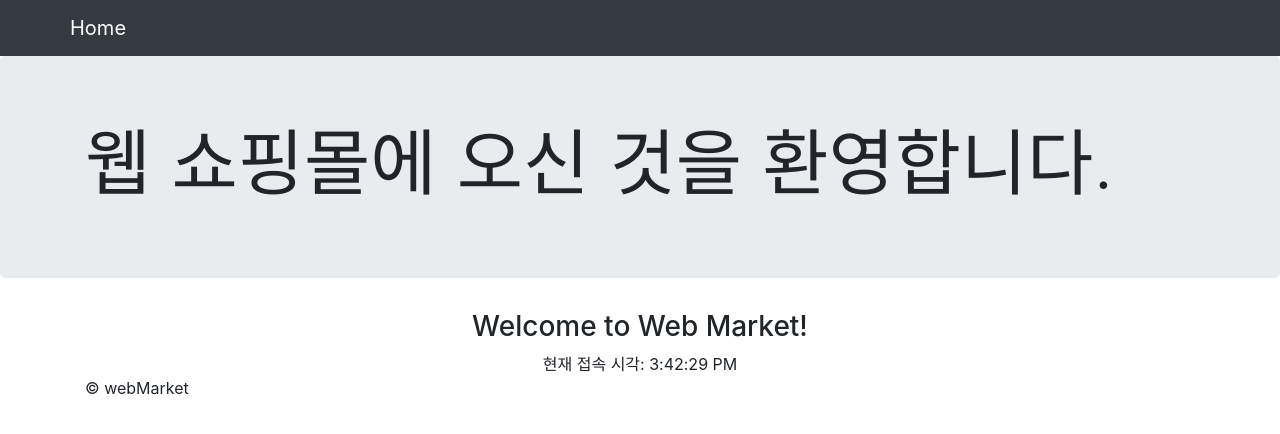
Repository: ekslffh/jsp-project
Page: http://localhost/WebMarket/welcome.jsp
The author's editor kept a copy of each file at every save. The page is drawn from the files as they stood at one save, then again after the next save.
The browser window is 1280 px wide. The pictures show the whole page.
The page is served by Tomcat 9.

Above is the page before, as saved 2022-07-01 15:17:51.

After the next save:
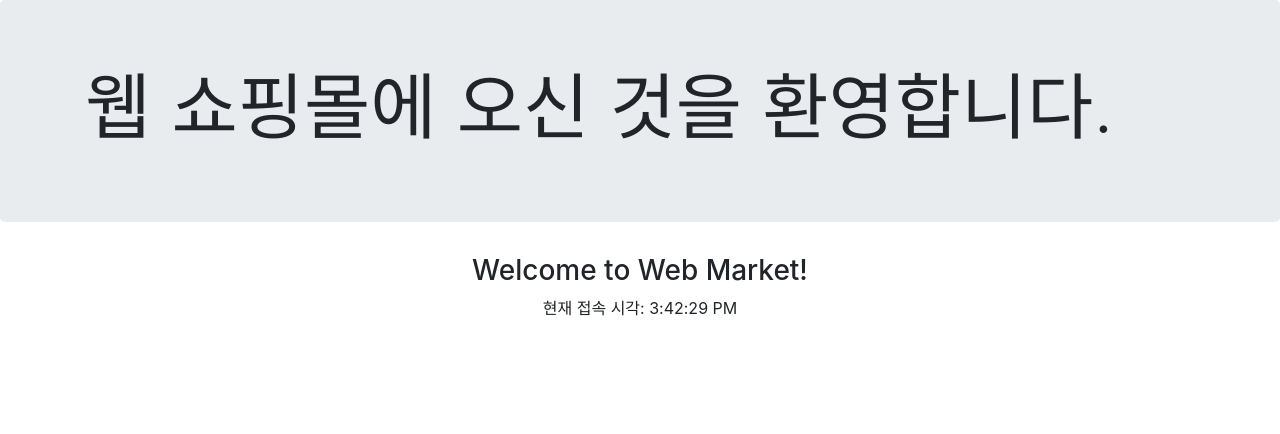
Saved 2 s later.
--- a/WebMarket/src/main/webapp/welcome.jsp
+++ b/WebMarket/src/main/webapp/welcome.jsp
@@ -9,13 +9,6 @@
 </style>
 </head>
 <body>
-	<nav class = "navbar navbar-expand navbar-dark bg-dark">
-		<div class = "container">
-			<div class = "navbar-header">
-				<a class = "navbar-brand" href="./welcome.jsp">Home</a>
-			</div>
-		</div>
-	</nav>
 	<%!
 		String greeting = "웹 쇼핑몰에 오신 것을 환영합니다.";
 		String tagline = "Welcome to Web Market!";
@@ -49,8 +42,5 @@
 			%>
 		</div>
 	</div>
-	<footer class = "container">
-		<p>&copy; webMarket</p>
-	</footer>
 </body>
 </html>

After the save that followed:
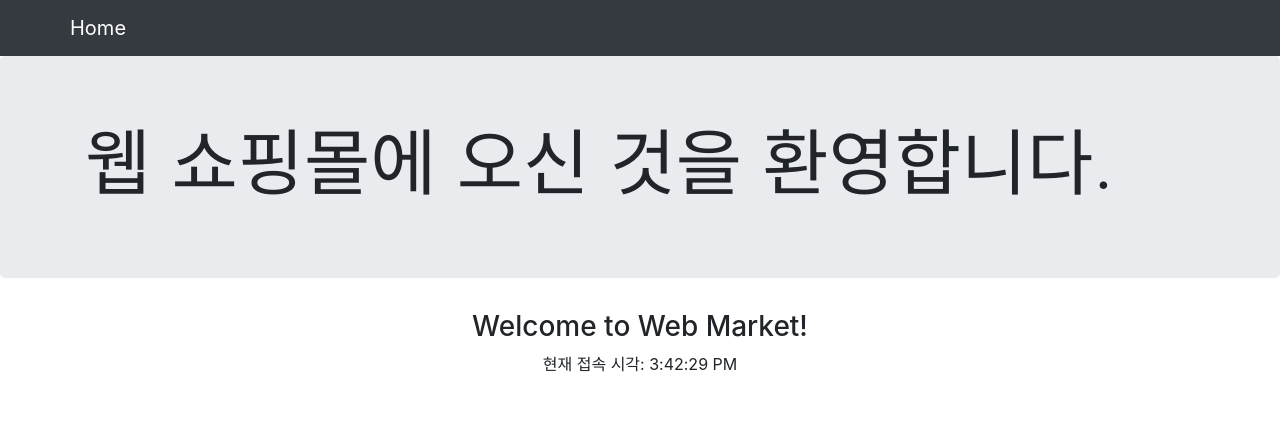
Saved 27 s later.
--- a/WebMarket/src/main/webapp/welcome.jsp
+++ b/WebMarket/src/main/webapp/welcome.jsp
@@ -9,6 +9,7 @@
 </style>
 </head>
 <body>
+	<%@ include file="menu.jsp" %>
 	<%!
 		String greeting = "웹 쇼핑몰에 오신 것을 환영합니다.";
 		String tagline = "Welcome to Web Market!";
